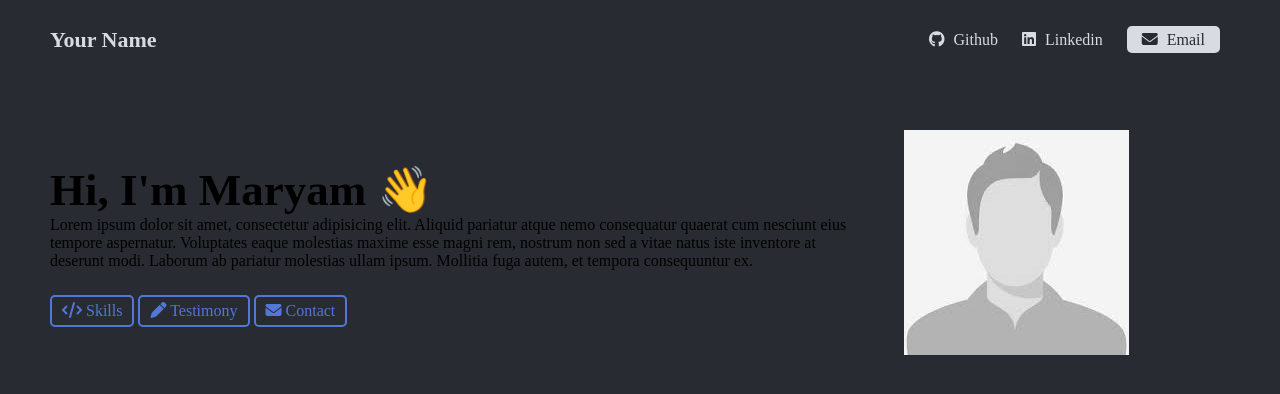
Repository: MaramMaryam/my-portfolio-test
Page: index.html
An editor plug-in stored every save of this project. The page is shown before and after a run of saves, followed by the edit.
The browser window is 1280 px wide. The pictures show the whole page.
Some web libraries are served in a nearby version.

Above is the page before, as saved 2024-09-17 21:16:46.

After the next 2 saves:
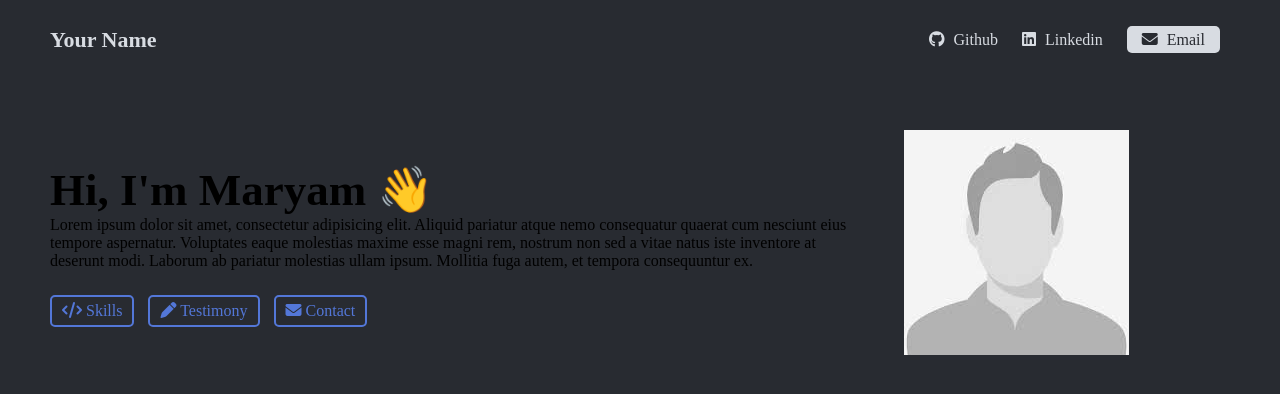
The 2 saves are shown as one change because they came seconds apart.
The last was saved 7 s later.
--- a/styles.css
+++ b/styles.css
@@ -69,7 +69,7 @@ nav .right a span {
     padding: 5px 10px;
     border: 2px solid var(--link-color);
     border-radius: 5px;
-    mar
+    margin-right: 10px;
 }
 .hero-section .headshot {
     flex: 2;
